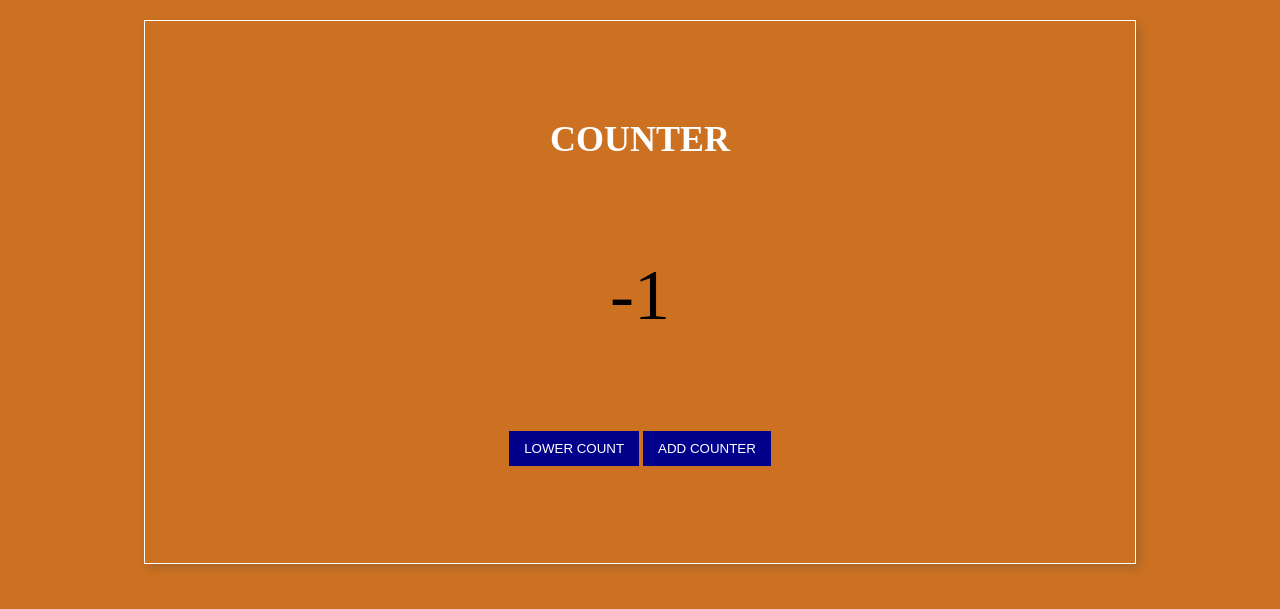
Repository: lusine-tech/counter
Page: index.html
An editor plug-in stored every save of this project. The page is shown before and after a run of saves, followed by the edit.
The browser window is 1280 px wide. The pictures show the whole page.
After loading, the first visible `#decrease` was clicked once.

Above is the page before, as saved 2022-02-14 19:15:16.

### index.html
<!DOCTYPE html>
<html lang="en">
<head>
    <meta charset="UTF-8">
    <meta http-equiv="X-UA-Compatible" content="IE=edge">
    <meta name="viewport" content="width=device-width, initial-scale=1.0">
    <link rel="stylesheet" href="style.css">
    <title>counter</title>
</head>
<body>
    <section class="background">
        <div class="block">
            <h3 class="title">Counter</h3>
            <p class="num" id="value">0</p>
    <div class="buttons">
       <button class="btn" id="decrease">lower count</button>
       <button class="btn" id="increase">add Counter</button>
    </div>
    </div>
    </section>
   <script src="/script.js"></script>
</body>
</html>

### style.css
*{
    margin: 0;
    padding: 0;
    box-sizing: border-box;
}

.background {
    height: 100vh;
    width: 100vw;
    background-color: #cb7121;
    display: flex;
   justify-content: center;
   padding: 20px;
}

.block {
    display: flex;
    align-items: center;
    justify-content: space-around;
    flex-direction: column;

    height: 80%;
    width: 80%;
    border: 1px solid #fff;
    padding: 50px 20px;
    -webkit-box-shadow: 4px 4px 8px 0px rgba(34, 60, 80, 0.2);
-moz-box-shadow: 4px 4px 8px 0px rgba(34, 60, 80, 0.2);
box-shadow: 4px 4px 8px 0px rgba(34, 60, 80, 0.2);
}
.title {
    color: #fff;
    font-size: 36px;
    text-transform: uppercase;
}
.num {
    font-size: 72px;
}
.btn {
    padding: 10px 15px;
    color: #fff;
        cursor: pointer;
    transition: 0.5s ease;
    border: none;
    outline: none;
    background-color: #00008B;
    text-transform: uppercase;
}

.btn:hover {
    background-color: #303f9f;
}

### script.js
const decrease = document.querySelector("#decrease");
const increase = document.querySelector("#increase");
const num = document.querySelector("#value");
let integer = 0;
decrease.addEventListener("click", function () {
integer-=1;
num.innerHTML = integer;
});

After the next 3 saves:
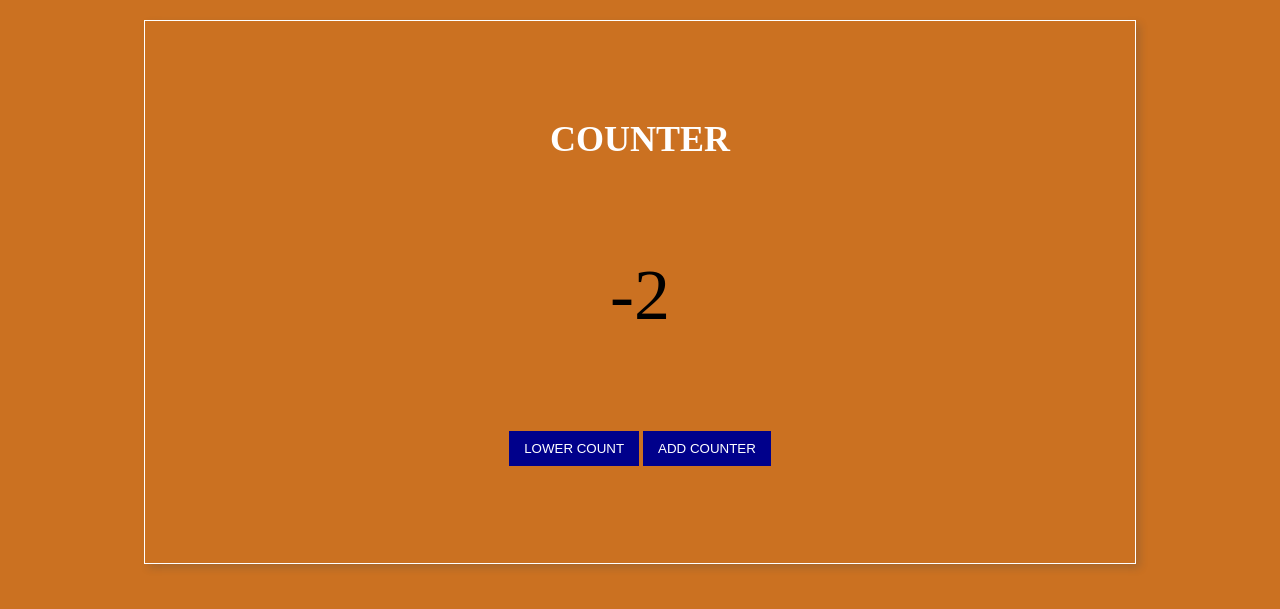
The 3 saves are shown as one change because they came seconds apart.
The last was saved 13 s later.
--- a/script.js
+++ b/script.js
@@ -6,3 +6,8 @@ decrease.addEventListener("click", function () {
 integer-=1;
 num.innerHTML = integer;
 });
+
+decrease.addEventListener("click", function () {
+  integer -= 1;
+  num.innerHTML = integer;
+});
